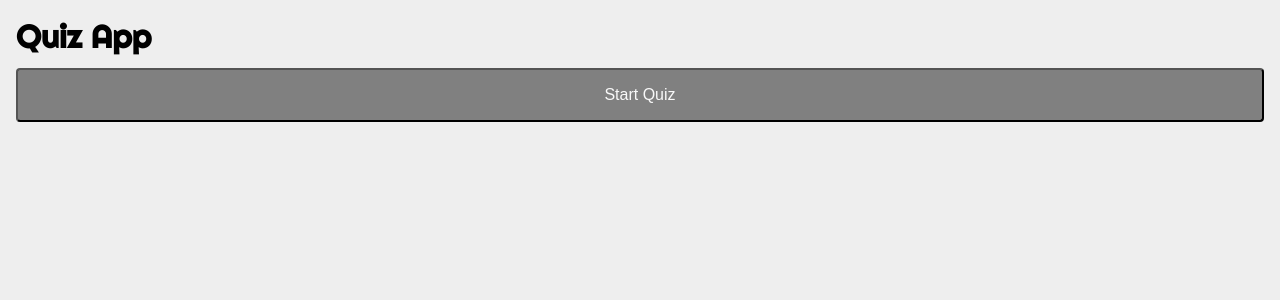
Repository: alemunden/Trash-Scavengers
Page: /QuizBegin
The author's editor kept a copy of each file at every save. The page is drawn from the files as they stood at one save, then again after the next save.
The browser window is 1280 px wide. The pictures show the whole page.
The project was rebuilt for these pictures with package versions that can differ from the ones it lists, and the page was loaded fresh each time. The framework's server and built-in components were replaced by stand-ins that run in the browser. Also part of the build but not shown: next.config.mjs, components/Button/Button.module.css.

Above is the page before, as saved 2024-04-07 19:18:49.

### pages/QuizBegin.js
import styles from "@/styles/QuizBegin.module.css";
import Link from 'next/link'
import Button from "@/components/Button";

export default function QuizBegin() {
  return (
      <main className={styles.main}>
        <link rel="preconnect" href="https://fonts.googleapis.com"/>
        <link rel="preconnect" href="https://fonts.gstatic.com" crossorigin/>
        <link href="https://fonts.googleapis.com/css2?family=Righteous&display=swap" rel="stylesheet"/>
        <div>
            <h1 className={styles.quizHeader}>Quiz App</h1>
            <Link href='/quiz'>
                <Button buttonText={'Start Quiz'} color="#765739"/>
            </Link>
        </div>
      </main>
  );
}

### styles/globals.css
:root {
  --white: #eee;
  --black: #000925;
}

* {
    box-sizing: border-box;
    padding: 0;
    margin: 0;
}

html, body {
    overflow-x: hidden;
    background-color: var(--white);
}

main {
    padding: 1rem;
}

h3 {
    padding-bottom: 2rem;
    color: #000105;
    font-size: 1.8rem;
}

button {
    padding: 16px 8px;
    width: 100%;
    margin-top: 12px;
    font-size: 1rem;
    border-radius: 4px;
    cursor: pointer;
    background-color: #808080;
    color: #f8f8f8;
}

.btn-disabled {
    background-color: lightgray;
}

li {
    list-style-type: none;
    cursor: pointer;
    margin: 9px 0;
    padding: 16px 8px;
    color: #000105;
    border: 1px solid lightgray;
}

.liHover:hover {
    background-color: #d8d8d8;
    columns: #fff;
}

.liSelected {
    color: #fff;
    background-color: #000925;
}

.container {
    max-width: 740px;
    width: 100%;
    margin: auto;
    padding: 1rem;
}

.quizContainer {
    background-color: #f8f8f8;
    padding: 1rem;
    margin-top: 2rem;
    border-radius: 4px;
}

.container p {
    padding: 8px 0;
}

### styles/QuizBegin.module.css
.main {
    padding: 1rem;
}

.quizHeader {
    font-family: "Righteous", sans-serif;
}

### components/Button/index.js
import styles from './Button.module.css'

export default function Button({buttonText, props}) {
    return(
        <>
            <button style={{backgroundColor: props}}>
                {buttonText}
            </button>
        </>
    )
}

Loaded but not shown: pages/_app.js (common file); pages/_document.js (common file)

After the next save:
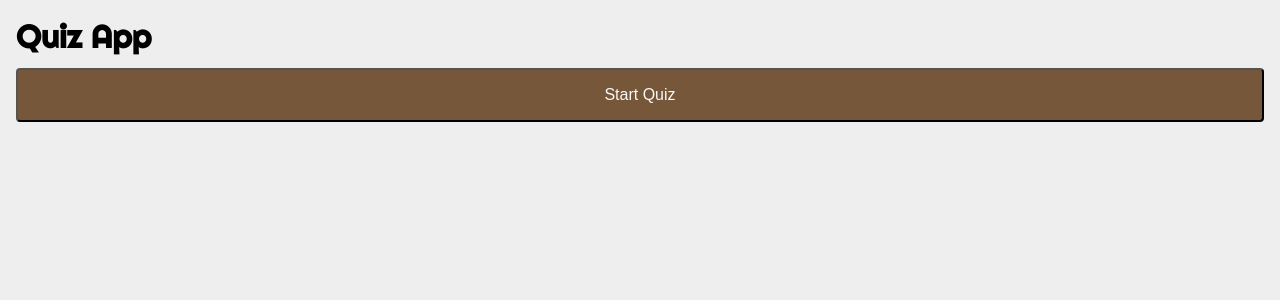
Saved 10 s later.
--- a/pages/QuizBegin.js
+++ b/pages/QuizBegin.js
@@ -11,7 +11,7 @@
         <div>
             <h1 className={styles.quizHeader}>Quiz App</h1>
             <Link href='/quiz'>
-                <Button buttonText={'Start Quiz'} color="#765739"/>
+                <Button buttonText={'Start Quiz'} props="#765739"/>
             </Link>
         </div>
       </main>

After the save that followed:
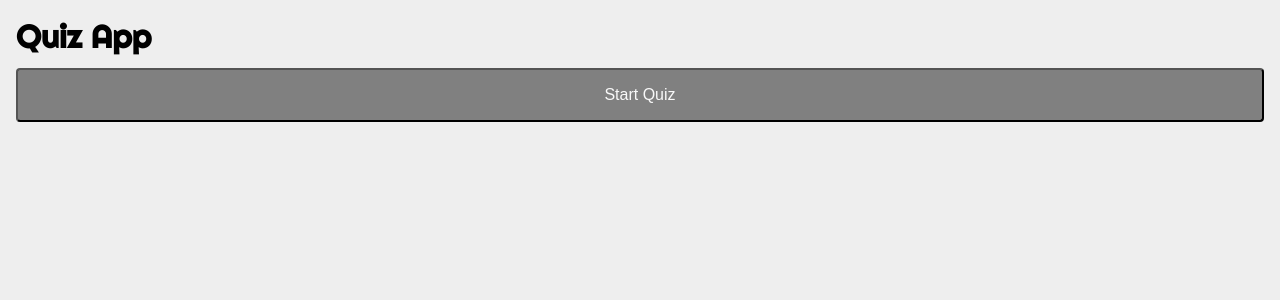
Saved 13 s later.
--- a/pages/QuizBegin.js
+++ b/pages/QuizBegin.js
@@ -11,7 +11,7 @@
         <div>
             <h1 className={styles.quizHeader}>Quiz App</h1>
             <Link href='/quiz'>
-                <Button buttonText={'Start Quiz'} props="#765739"/>
+                <Button buttonText={'Start Quiz'} color="#765739"/>
             </Link>
         </div>
       </main>
